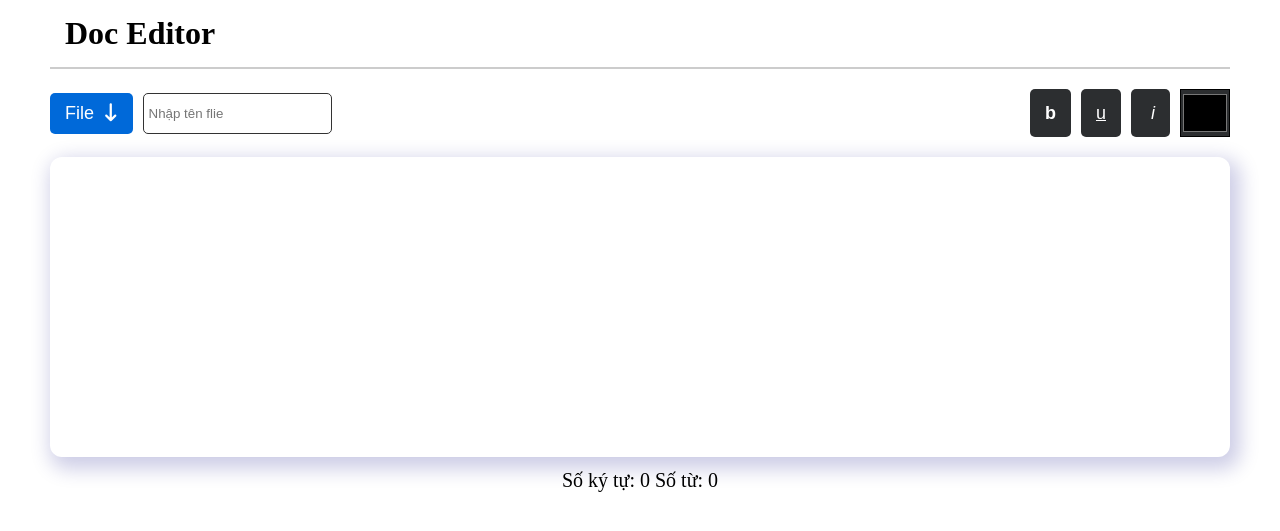
Repository: Dongnguyen318/Quydong
Page: Day 30/index.html
These files come from the project's save history. The page is drawn as it stood at one moment and after the next save; the edit follows.
The browser window is 1280 px wide. The pictures show the whole page.
The pointer rests on the first visible `.btn-primary`.

Above is the page before, as saved 2023-10-03 22:30:29.

### Day 30/index.html
<!DOCTYPE html>
<html lang="en">
  <head>
    <meta charset="UTF-8" />
    <meta name="viewport" content="width=device-width, initial-scale=1.0" />
    <title>Document</title>
    <link
      rel="stylesheet"
      href="https://cdnjs.cloudflare.com/ajax/libs/font-awesome/6.4.2/css/all.min.css"
    />
    <link rel="stylesheet" href="./css.css" />
  </head>
  <body>
    <div class="container">
      <div class="title">
        <h1>Doc Editor</h1>
      </div>
      <div class="main-control">
        <div class="menu">
          <div class="dropdown">
            <button class="btn btn-primary .btn-property" type="button">
              File <i class="fa-solid fa-arrow-down-long"></i>
            </button>
            <div class="collapse">
              <button class="dropdown-item btn-new">New</button>
              <button class="dropdown-item btn-txt">Save as TXT</button>
              <button class="dropdown-item btn-pdf">Save as PDF</button>
            </div>
          </div>
          <input type="text" class="value-input" placeholder="Nhập tên flie" />
        </div>
        <div class="control-btn">
          <button class="btn btn-property btn-bold"><b>b</b></button>
          <button class="btn btn-property btn-underline"><u>u</u></button>
          <button class="btn btn-property btn-italic"><i>i</i></button>
          <input
            type="color"
            class="control-btn-item btn-property"
            id="color"
          />
        </div>
      </div>
      <div class="content" contenteditable="true" spellcheck="false"></div>
      <div class="count">
        <span class="count-char">Số ký tự: 0</span>
        <span class="count-word">Số từ: 0</span>
      </div>
    </div>
    <script
      src="https://cdnjs.cloudflare.com/ajax/libs/html2pdf.js/0.10.1/html2pdf.bundle.min.js"
      integrity="sha512-GsLlZN/3F2ErC5ifS5QtgpiJtWd43JWSuIgh7mbzZ8zBps+dvLusV+eNQATqgA/HdeKFVgA5v3S/cIrLF7QnIg=="
      crossorigin="anonymous"
      referrerpolicy="no-referrer"
    ></script>
    <script src="./js.js"></script>
  </body>
</html>

### Day 30/css.css
* {
  margin: 0;
  padding: 0;
  box-sizing: border-box;
}

.container {
  width: 100%;
  max-width: 1200px;
  margin: 0 auto;
  padding: 0 10px;
}

.title {
  padding: 15px;
  border-bottom: 2px solid #ccc;
  margin-bottom: 20px;
}

.main-control {
  display: flex;
  justify-content: space-between;
  align-items: center;
}

.main-control .menu {
  display: flex;
}

.btn {
  padding: 10px 15px;
  background-color: #ccc;
  border-radius: 5px;
  cursor: pointer;
  border: none;
  text-align: center;
  font-size: 18px;
}
.btn-primary {
  background-color: #007bff;
  color: #fff;
}

.btn-primary:hover {
  background-color: #0069d9;
}
.btn-property:hover {
  background-color: #62d900;
}
.btn-property {
  background-color: #2c2e30;
  color: #fff;
}

i {
  margin-left: 5px;
}

.dropdown {
  position: relative;
}

.collapse {
  position: absolute;
  top: 100%;
  left: 0;
  width: 150px;
  background-color: #fff;
  border-radius: 5px;
  box-shadow: 0 0 5px #ccc;
  margin-top: 10px;
  display: none;
}

.show {
  display: block;
}

.dropdown-item {
  background-color: initial;
  border: 0;
  color: black;
  width: 100%;
  text-align: left;
  padding: 20px 15px;
  font-size: 16px;
  cursor: pointer;
}

.value-input {
  margin-left: 10px;
}

input[type="color"] {
  display: block;
  padding: 0;
  margin: 0;
  outline: 2px;
  height: 3rem;
  cursor: pointer;
}

input[type="text"] {
  outline: none;
  border: 1px solid #333;
  padding: 0 5px;
  border-radius: 5px;
}

.control-btn {
  display: flex;
  gap: 10px;
}

.content {
  border-radius: 12px;
  padding: 20px 10px;
  margin-top: 20px;
  height: 300px;
  outline: none;
  box-shadow: rgba(2, 2, 130, 0.2) 5px 7px 20px 5px;
  overflow: auto;
  font-size: 18px;
}

.count {
  margin-top: 12px;
  font-size: 20px;
  text-align: center;
}

### Day 30/js.js
// Tạo element
var btnPrimary = document.querySelector(".btn-primary");
var collapse = document.querySelector(".collapse");
var btnNew = document.querySelector(".btn-new");
var btnTxt = document.querySelector(".btn-txt");
var btnPdf = document.querySelector(".btn-pdf");
var valueInput = document.querySelector(".value-input");
// Show tuỳ trọn tải file
btnPrimary.addEventListener("click", function () {
  collapse.classList.toggle("show");
  if (collapse.classList.contains("show")) {
    document.addEventListener("click", function (e) {
      if (!collapse.contains(e.target) && !btnPrimary.contains(e.target)) {
        collapse.classList.remove("show");
      }
    });
  }
});
// chỉnh sửa chữ
var btnBold = document.querySelector(".btn-bold");
var btnItalic = document.querySelector(".btn-italic");
var btnUnderline = document.querySelector(".btn-underline");
var btnColor = document.querySelector("#color");

btnColor.addEventListener("change", function () {
  document.execCommand("foreColor", false, this.value);
});

btnBold.addEventListener("click", function () {
  document.execCommand("bold", false, null);
});
btnItalic.addEventListener("click", function () {
  document.execCommand("italic", false, null);
});
btnUnderline.addEventListener("click", function () {
  document.execCommand("underline", false, null);
});
// đếm số từ
var content = document.querySelector(".content");
var countChars = document.querySelector(".count-char");
var countWords = (document = document.querySelector(".count-word"));
content.addEventListener("input", function () {
  if (countWords) {
    countWords.innerText = `Số từ: ${this.innerText.split(" ").length}`;
  }
  if (countChars) {
    countChars.innerText = `Số ký tự: ${this.innerText.length}`;
  }
});
console.log(valueInput.value);
btnNew.addEventListener("click", function () {
  valueInput.value = "";
  content.innerHTML = "";
  countWords.innerText = `Số từ: 0`;
  countChars.innerText = `Số ký tự: 0`;
  collapse.classList.remove("show");
});

// Tải file
btnTxt.addEventListener("click", function (e) {
  const blob = new Blob([content.textContent]);
  const url = URL.createObjectURL(blob);
  const link = document.createElement("a");
  link.href = url;
  link.setAttribute("download", valueInput.value);
  link.click();
});

btnPdf.addEventListener("click", function (e) {
  html2pdf(content).save(valueInput.value);
});

After the next save:
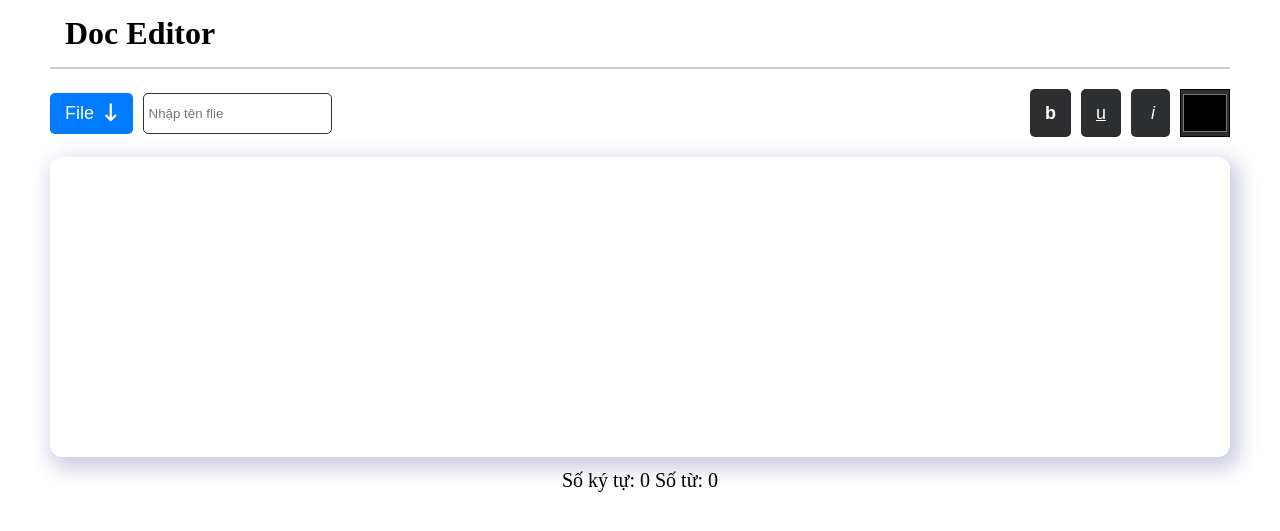
Saved 14 s later.
--- a/Day 30/css.css
+++ b/Day 30/css.css
@@ -41,9 +41,6 @@
   color: #fff;
 }
 
-.btn-primary:hover {
-  background-color: #0069d9;
-}
 .btn-property:hover {
   background-color: #62d900;
 }
